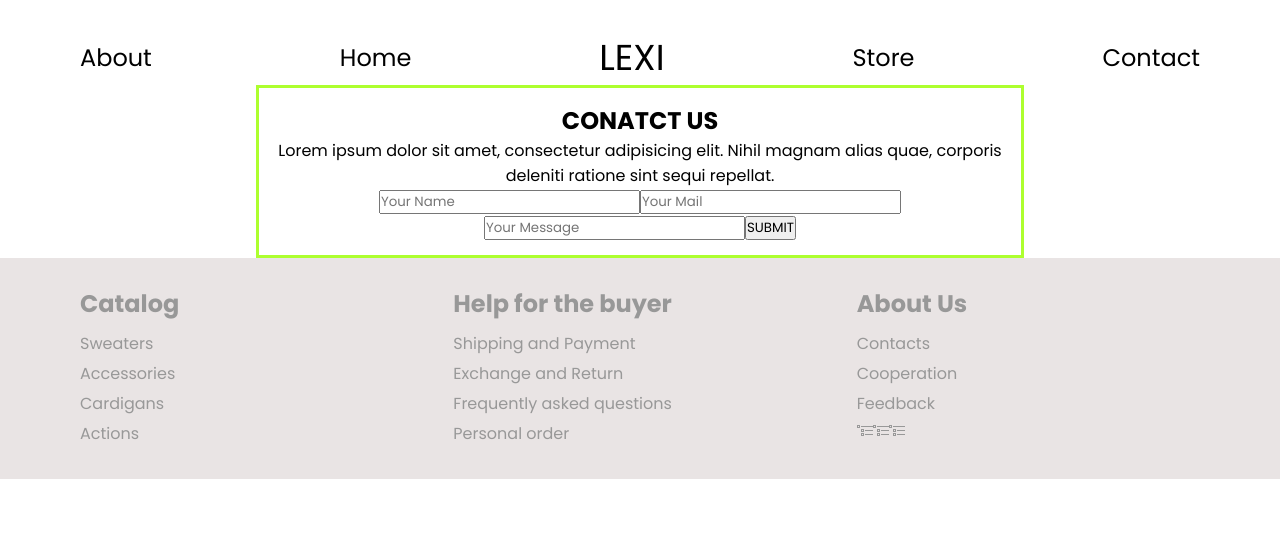
Repository: BuduCE/lexi
Page: /contact
These files come from the project's save history. The page is drawn as it stood at one moment and after the next save; the edit follows.
The browser window is 1280 px wide. The pictures show the whole page.
The project was rebuilt for these pictures with package versions that can differ from the ones it lists, and the page was loaded fresh each time. The framework's server and built-in components were replaced by stand-ins that run in the browser. Also part of the build but not shown: nuxt.config.ts, components/CartIcon.vue, components/Icons/Cart.vue, components/Icons/Close.vue, components/Icons/CloseHam.vue, components/Icons/RightArrow.vue, components/Product.vue.

Above is the page before, as saved 2023-05-24 06:39:20.

After the next save:
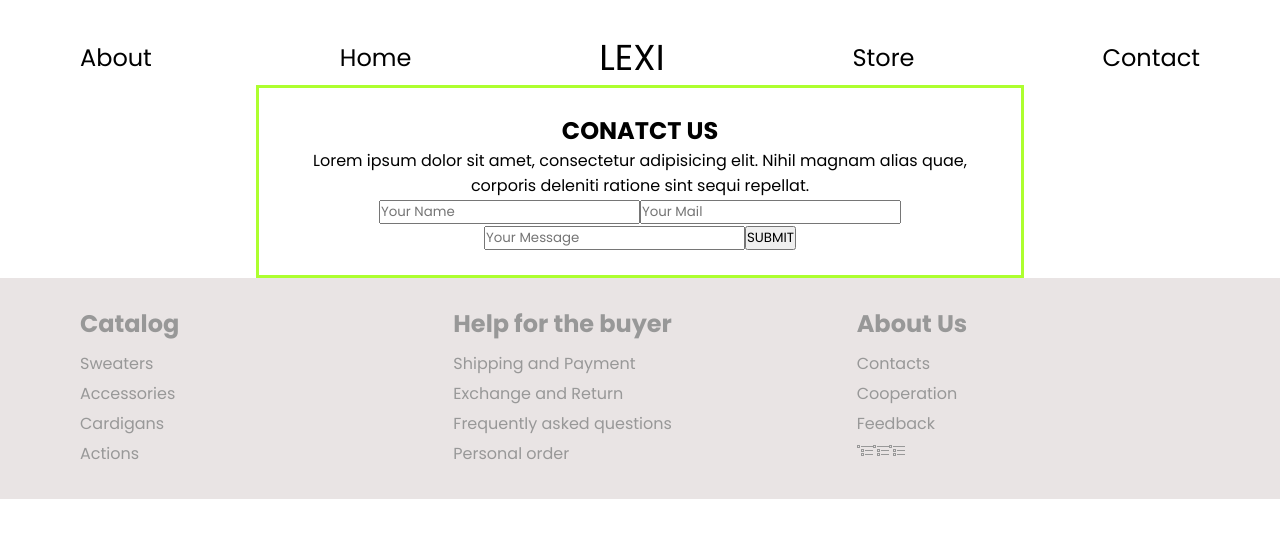
Saved 10 s later.
--- a/pages/contact.vue
+++ b/pages/contact.vue
@@ -26,6 +26,6 @@
     margin: auto;
     border: 3px solid greenyellow;
     text-align: center;
-    padding: 15px;
+    padding: 25px;
 }
 </style>
